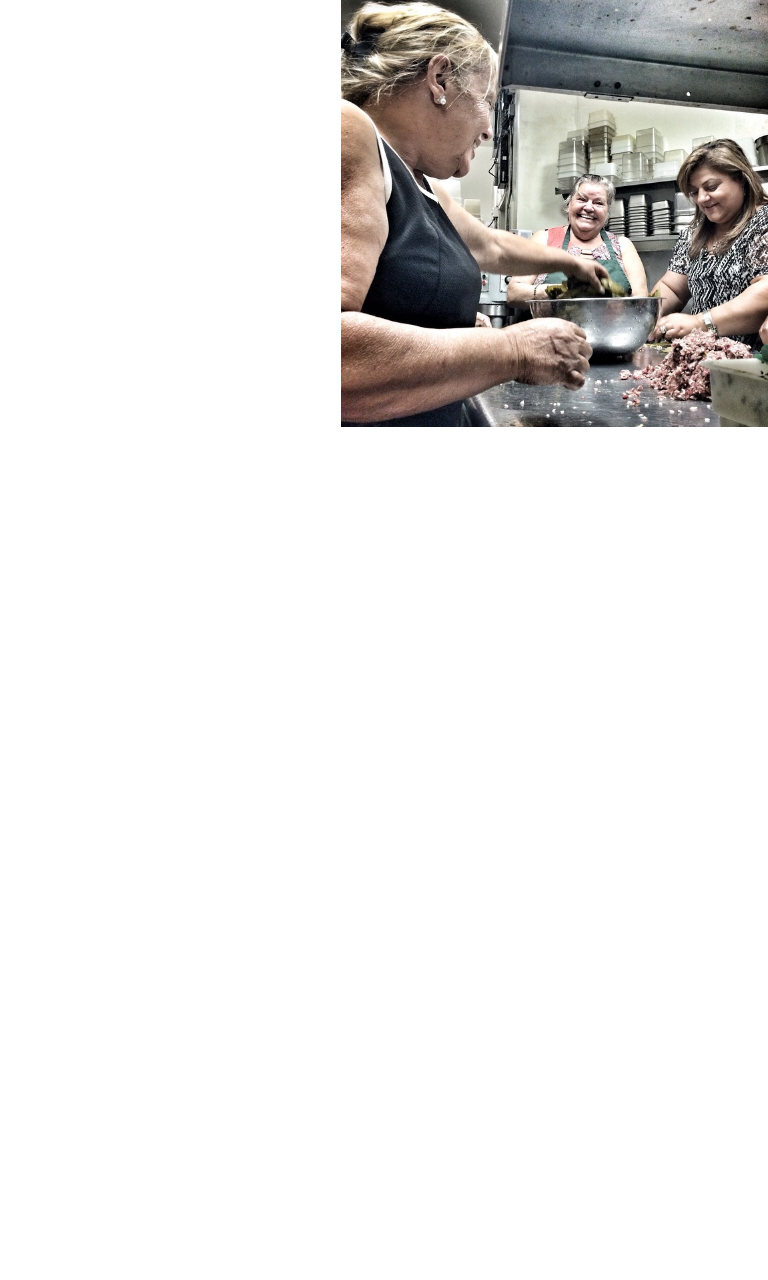
Repository: cpoole/itp341
Layout: Final.Project.poole.connor/res/layout/parallax_header.xml
An editor plug-in stored every save of this project. The layout is shown before and after the next save, followed by the edit.
It is drawn on a 768 x 1280 px phone screen (xhdpi) without system bars, with theme AppTheme; the app's code is not run. The app's manifest (not shown) leaves right-to-left support off. So textAlignment, textDirection and layoutDirection are ignored, and left and right values win over start and end ones.

Above is the layout before, as saved 2014-12-12 07:19:37.

### Final.Project.poole.connor/res/layout/parallax_header.xml
<?xml version="1.0" encoding="utf-8"?>
<RelativeLayout xmlns:android="http://schemas.android.com/apk/res/android"
                android:layout_width="match_parent"
                android:layout_height="match_parent">

    <ImageView
        android:layout_width="wrap_content"
        android:layout_height="wrap_content"
        android:id="@+id/imageView2"
        android:layout_alignParentTop="true"
        android:layout_alignParentRight="true"
        android:layout_alignParentEnd="true"
        android:src="@drawable/bg3"
        android:adjustViewBounds="true"
        android:scaleType="center" />
</RelativeLayout>

Loaded but not shown: Final.Project.poole.connor/res/values/styles.xml (common file); Final.Project.poole.connor/res/values-v11/styles.xml (common file); Final.Project.poole.connor/res/values-v14/styles.xml (common file)

After the next save:
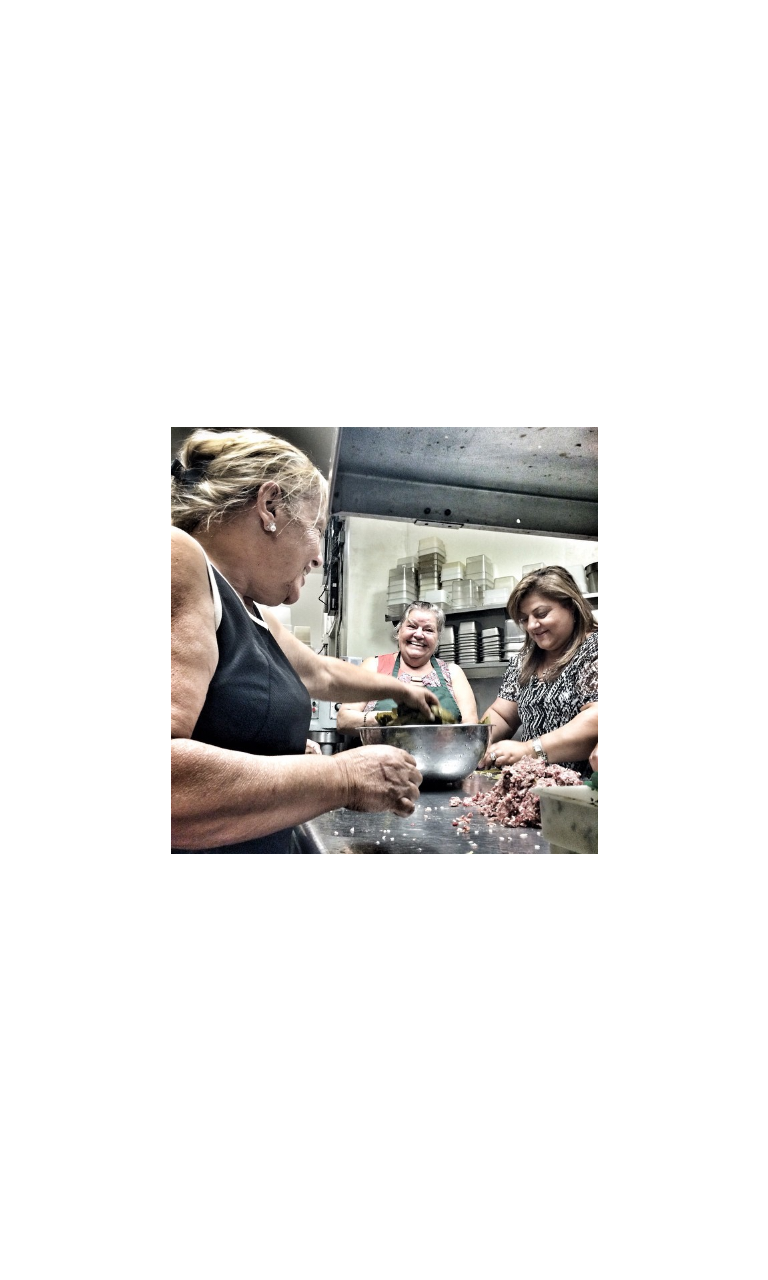
Saved 52 s later.
--- a/Final.Project.poole.connor/res/layout/parallax_header.xml
+++ b/Final.Project.poole.connor/res/layout/parallax_header.xml
@@ -4,12 +4,13 @@
                 android:layout_height="match_parent">
 
     <ImageView
-        android:layout_width="wrap_content"
-        android:layout_height="wrap_content"
+        android:layout_width="fill_parent"
+        android:layout_height="fill_parent"
         android:id="@+id/imageView2"
         android:layout_alignParentTop="true"
         android:layout_alignParentRight="true"
         android:layout_alignParentEnd="true"
+        android:layout_centerHorizontal="true"
         android:src="@drawable/bg3"
         android:adjustViewBounds="true"
         android:scaleType="center" />
